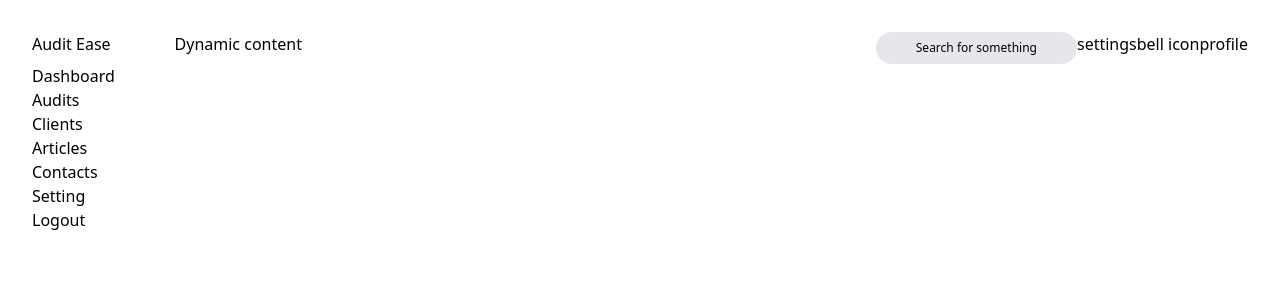
Repository: EclipticCode/Audit-Ease-FE
Page: /
The author's editor kept a copy of each file at every save. The page is drawn from the files as they stood at one save, then again after a run of saves.
The browser window is 1280 px wide. The pictures show the whole page.
Some web libraries are served in a nearby version. The project was rebuilt for these pictures with package versions that can differ from the ones it lists, and the page was loaded fresh each time. Also part of the build but not shown: vite.config.js, Login.jsx, src/Navbar.jsx.

Above is the page before, as saved 2025-03-27 21:03:36.

After the next 2 saves:
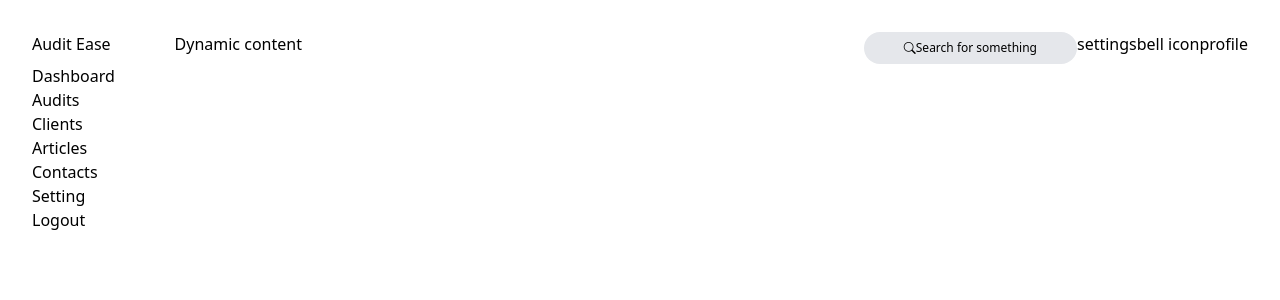
The 2 saves are shown as one change because they came seconds apart.
The last was saved 45 s later.
--- a/src/NavandSideBar.jsx
+++ b/src/NavandSideBar.jsx
@@ -9,7 +9,7 @@ const NavandSideBar = () => {
             <div className='ml-16'>Dynamic content</div>
             </div>
             <div className='flex'>
-            <div className="bg-gray-200 flex items-center justify-center rounded-full text-xs px-10 py-4 w-auto h-4">Search for something</div>
+            <div className="bg-gray-200 flex items-center justify-center rounded-full text-xs px-10 py-4 w-auto h-4">  <span><i className="bi bi-search"></i></span> Search for something</div>
             <div>settings</div>
             <div>bell icon</div>
             <div>profile</div>
